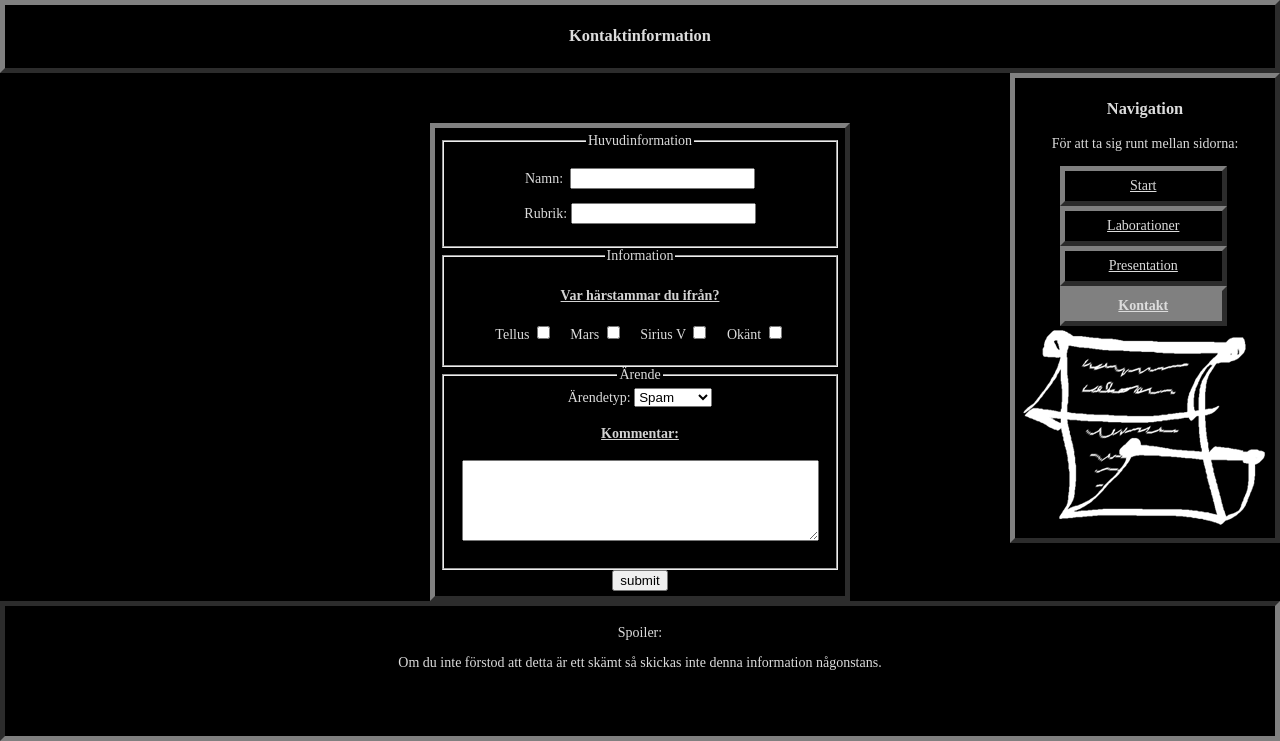
Repository: cg222im/1IK415_cg222im
Page: pages/kontakt.html
The author's editor kept a record of every edit. The page is drawn from the files as they stood at one moment, then again after the next edit.
The browser window is 1280 px wide. The pictures show the whole page.

Above is the page before.

After the next edit:
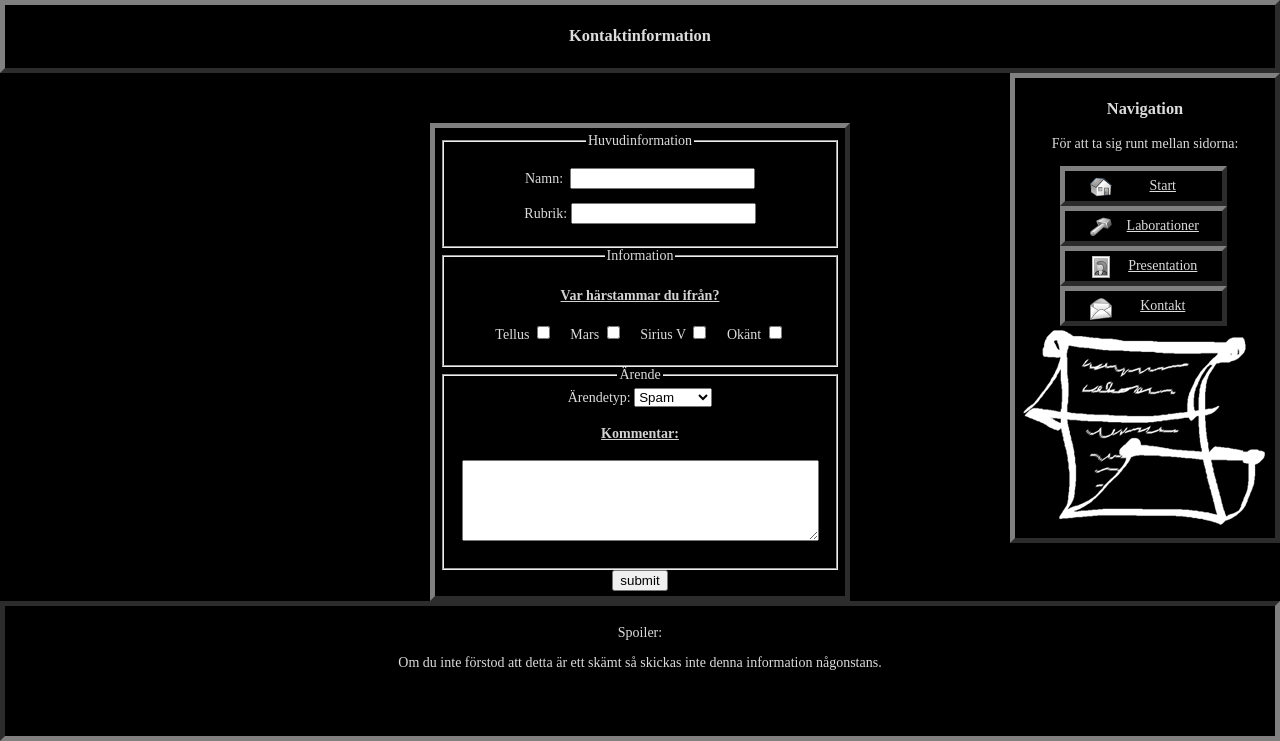
The edit:
--- a/pages/kontakt.html
+++ b/pages/kontakt.html
@@ -21,13 +21,13 @@
                     <h3>Navigation</h3>
                     <p>För att ta sig runt mellan sidorna:</p>
                     <ul class="navmenu">
-                        <li><a href="../index.html">Start</a>
+                        <li id="start"><a href="index.html"><span></span>Start</a>
                         </li>
-                        <li><a href="laborationer.html">Laborationer</a>
+                        <li id="laborationer"><a href="pages/laborationer.html"><span></span>Laborationer</a>
                         </li>
-                        <li><a href="presentation.html">Presentation</a>
+                        <li id="presentation"><a href="pages/presentation.html"><span></span>Presentation</a>
                         </li>
-                        <li><a href="kontakt.html" id="active">Kontakt</a>
+                        <li id="kontakt"><a href="pages/kontakt.html"><span></span>Kontakt</a>
                         </li>
                     </ul>
                     <div id="logo"></div>
